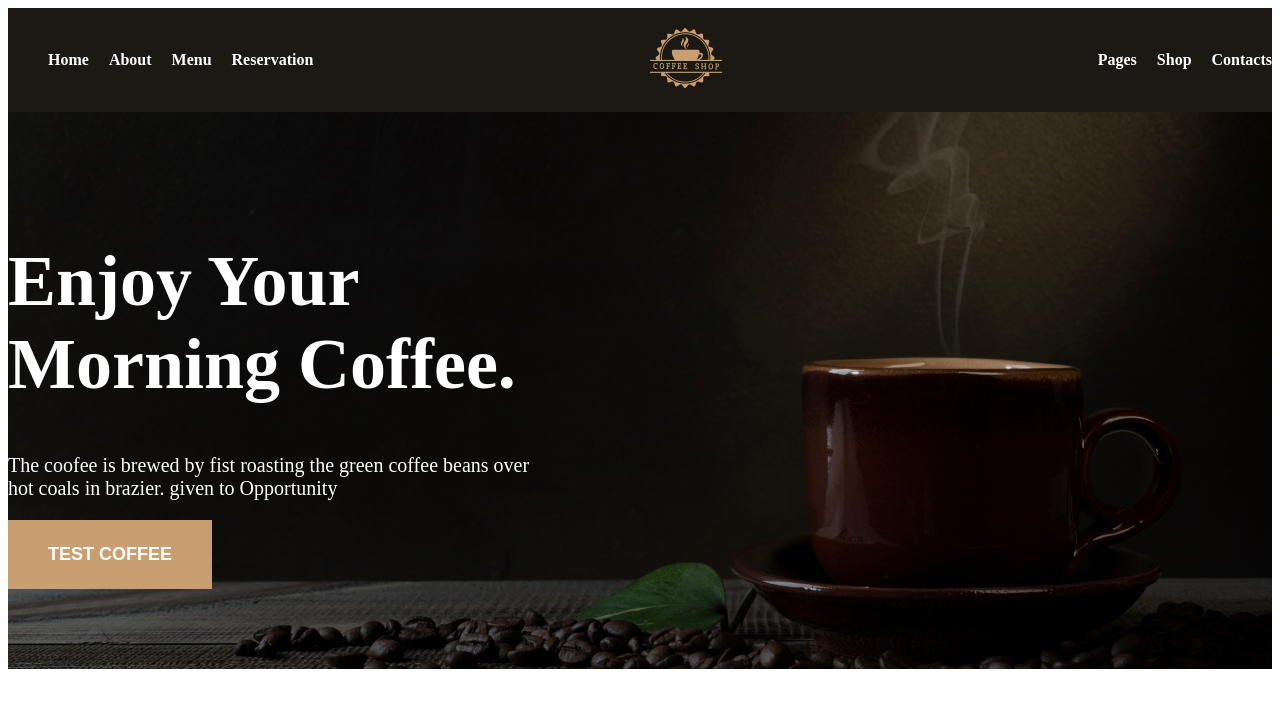
Repository: SitoraRashidova/CoffeShop_Figma
Page: /
These files come from the project's save history. The page is drawn as it stood at one moment and after the next save; the edit follows.
The browser window is 1280 px wide. The pictures show the whole page.
The project was rebuilt for these pictures with package versions that can differ from the ones it lists, and the page was loaded fresh each time. Also part of the build but not shown: vite.config.js.

Above is the page before, as saved 2024-11-24 23:10:31.

After the next save:
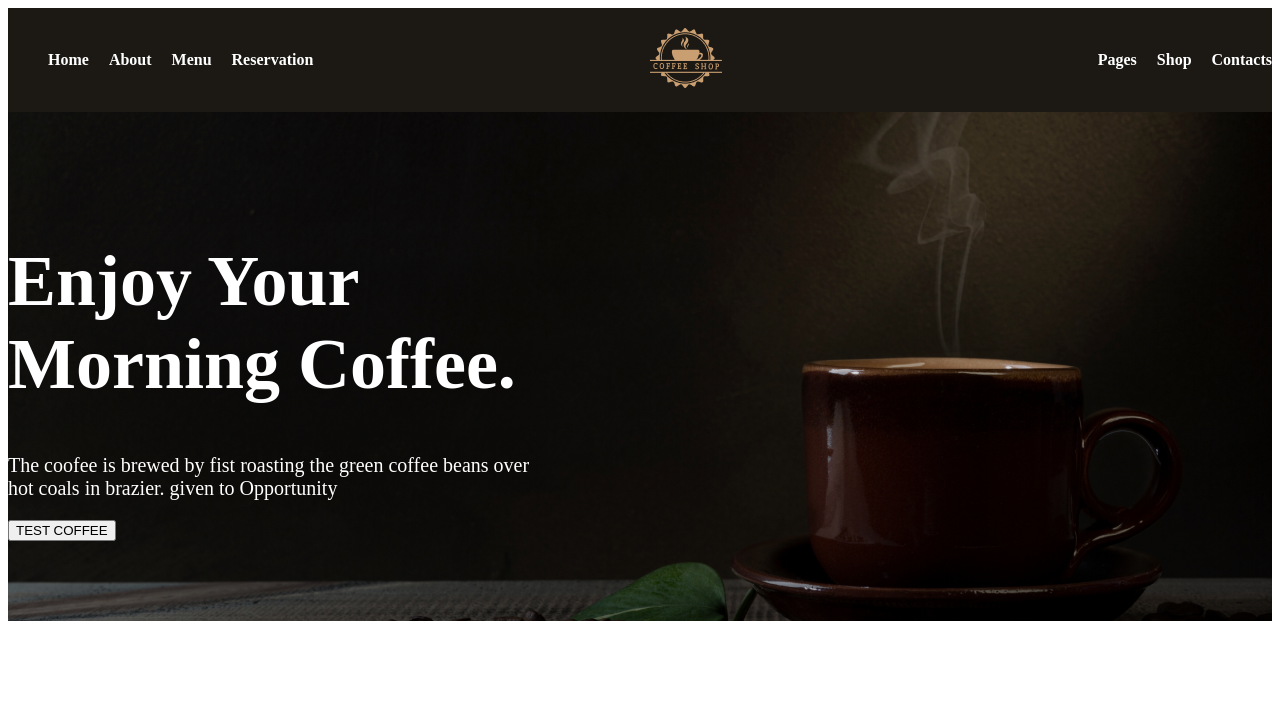
Saved 76 s later.
--- a/src/index.css
+++ b/src/index.css
@@ -76,11 +76,11 @@
   color: #fff;
 }
 
-.hero-btn{
+/* .hero-btn{
   padding: 24px 40px;
   font-weight: 700;
   font-size: 18px;
   border: none;
   background-color: #C99E71;
   color: #fff;
-}
+} */
